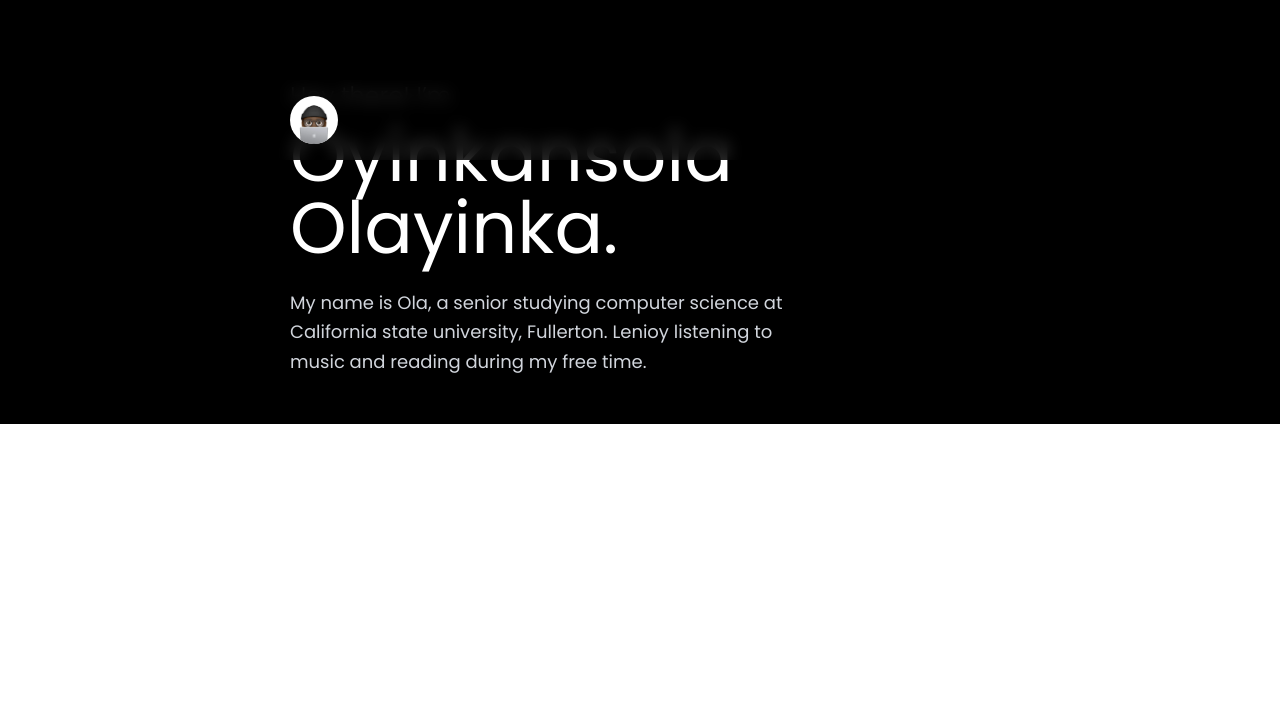
Repository: olasores/olasores-portfolio
Page: /
An editor plug-in stored every save of this project. The page is shown before and after the next save, followed by the edit.
The browser window is 1280 px wide. The pictures show the whole page.
The project was rebuilt for these pictures with package versions that can differ from the ones it lists, and the page was loaded fresh each time. The framework's server and built-in components were replaced by stand-ins that run in the browser. Also part of the build but not shown: next.config.ts.

Above is the page before, as saved 2025-11-11 12:48:41.

After the next save:
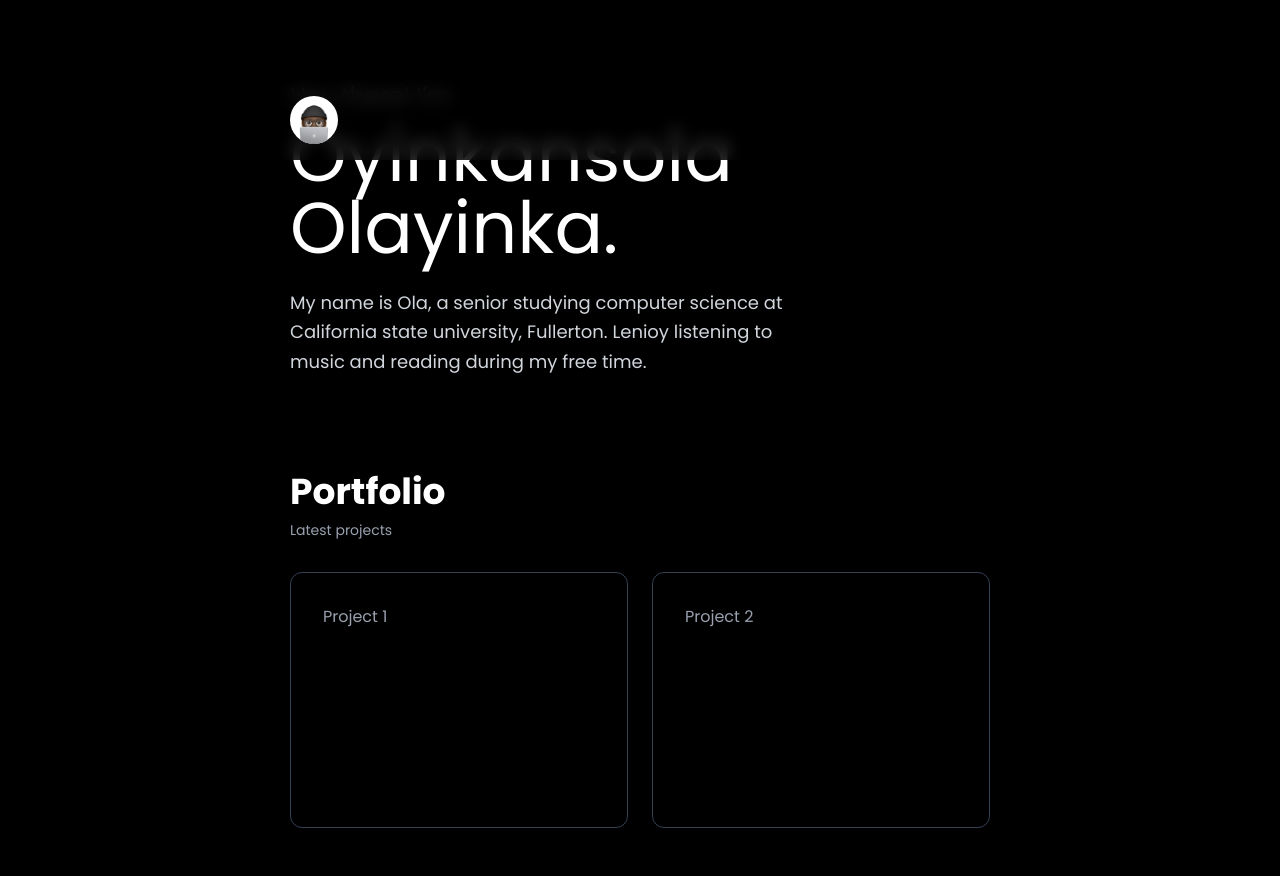
Saved 6 s later.
--- a/app/components/Portfolio.tsx
+++ b/app/components/Portfolio.tsx
@@ -1,8 +1,30 @@
 export default function Portfolio() {
     return (
-        <div>
+        <div className="flex justify-center bg-black font-sans dark:bg-black px-6 py-12">
+            <div className="max-w-[700px] w-full flex flex-col gap-8">
+                {/* Section Title */}
+                <div>
+                    <h2 className="text-3xl md:text-4xl font-bold text-white mb-2">
+                        Portfolio
+                    </h2>
+                    <p className="text-gray-400 text-sm">
+                        Latest projects
+                    </p>
+                </div>
 
+                {/* Projects Grid */}
+                <div className="grid grid-cols-1 md:grid-cols-2 gap-6">
+                    {/* Project Card 1 */}
+                    <div className="border border-gray-700 rounded-xl p-8 min-h-64 hover:border-gray-500 transition">
+                        <div className="text-gray-400">Project 1</div>
+                    </div>
+
+                    {/* Project Card 2 */}
+                    <div className="border border-gray-700 rounded-xl p-8 min-h-64 hover:border-gray-500 transition">
+                        <div className="text-gray-400">Project 2</div>
+                    </div>
+                </div>
+            </div>
         </div>
-
     );
 }
